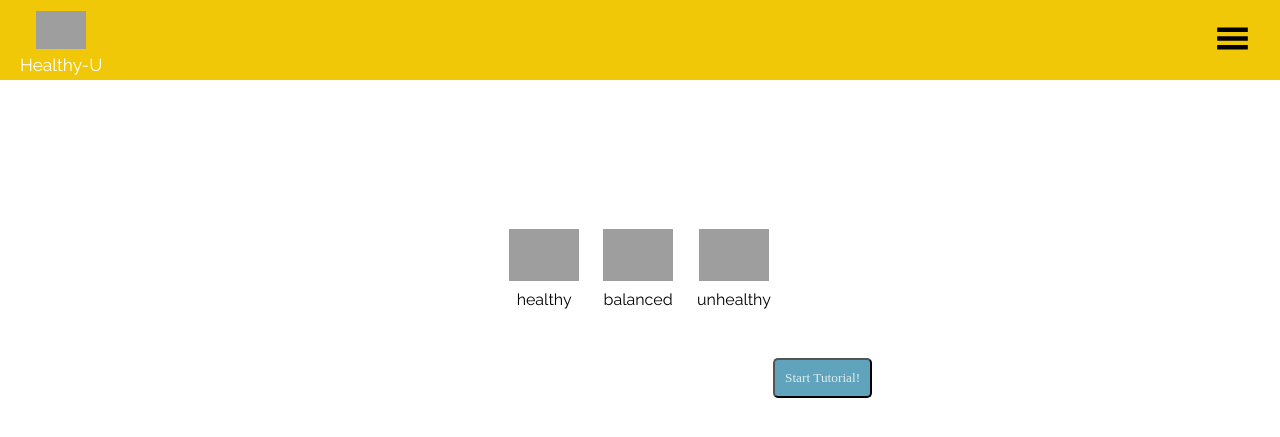
Repository: smashy09/healthy-share
Page: /InformationPage
The author's editor kept a copy of each file at every save. The page is drawn from the files as they stood at one save, then again after the next save.
The browser window is 1280 px wide. The pictures show the whole page.
Pictures or frames that could not be fetched are drawn as grey boxes. The project was rebuilt for these pictures with package versions that can differ from the ones it lists, and the page was loaded fresh each time. The framework's server and built-in components were replaced by stand-ins that run in the browser. Also part of the build but not shown: next.config.js.

Above is the page before, as saved 2020-05-14 23:48:38.

### pages/_app.js
// import App from 'next/app'
import './app.css';

function MyApp({ Component, pageProps }) {
    return <Component {...pageProps} />
  }

  // Only uncomment this method if you have blocking data requirements for
  // every single page in your application. This disables the ability to
  // perform automatic static optimization, causing every page in your app to
  // be server-side rendered.
  //
  // MyApp.getInitialProps = async (appContext) => {
  //   // calls page's `getInitialProps` and fills `appProps.pageProps`
  //   const appProps = await App.getInitialProps(appContext);
  //
  //   return { ...appProps }
  // }

  export default MyApp

### pages/_document.js
import Document, { Html, Head, Main, NextScript } from 'next/document'


class MyDocument extends Document {
  static async getInitialProps(ctx) {
    const initialProps = await Document.getInitialProps(ctx)
    return { ...initialProps }
  }

  render() {
    return (
      <Html>
        <Head />
        <body>
        <link href="https://fonts.googleapis.com/css2?family=Raleway&display=swap" rel="stylesheet"></link>
          <Main />
          <NextScript />
        </body>
      </Html>
    )
  }
}

export default MyDocument

### pages/InformationPage/index.js
import Router from 'next/router';
import React from 'react';
import './info.css';
import Header from '../../comps/Header';
import CustomText from '../../comps/CustomText';
import CustomButton from '../../comps/CustomButton';

//Info Page


function NextPage(){
    Router.push("/AnimationPage1");
}
//homePage
const healthyImg = require('./healthyicon.png');
const balancedImg = require('./balancedicon.png');
const unhealthyImg = require('./unhealthyicon.png');

const InformationPage = ({backgroundColor, healthytxt, balancedtxt, unhealthytxt, healthyImg, balancedImg, unhealthyImg}) => <div
style={{backgroundColor:backgroundColor}}

  id="All_info_page">
    <Header/>
    <CustomText fontSize={22}  text="Welcome to Healthy-U!"/>
    <CustomText fontSize={18}  text="Health-U goal is to help you be more aware of
your lifestyle by gathering information based on
your answers for the survey!"/>
 <CustomText fontSize={22} text="How to Use!"/>
 <CustomText fontSize={18} text="Whenever you're ready just click start survey.
There will be 3 questions
Pick the answer that represents you the closest."/>
  <div className="card_answers">
        <div className="options">
            <img src={healthyImg} />
            {healthytxt}
        </div>

        <div className="options">
           <img src={balancedImg} />
            {balancedtxt}
         </div>

        <div className="options">
           <img src={unhealthyImg} />
            {unhealthytxt}
        </div>
    </div>
<CustomText fontSize={18} text="After answering you will be given results
filled with info on how to become a better U! "/>
<div className="info_button">
<CustomButton className="R_button" text="Start Tutorial!" onClick={NextPage}/>
</div>
</div>

InformationPage.defaultProps = {
    place:"New Button",
    color:"#000",
    healthytxt:"healthy",
    balancedtxt:"balanced",
    unhealthytxt:"unhealthy",
    healthyImg:healthyImg,
    balancedImg:balancedImg,
    unhealthyImg:unhealthyImg,
}
export default InformationPage;

### pages/app.css
*{
    font-family: 'Raleway', sans-serif;
}

### pages/InformationPage/info.css


.All_info_page{
    text-align: center;

}
.All_info_page p{
 margin-bottom: 2px;
}

.card_answers{
    display: flex;
    justify-content: center;
    align-items: center;
}

.options{
    display: inline-flex;
    flex-direction: column;
    align-items: center;
    /* border: solid 1px gray; */
    border-radius: 25px;
    margin: 10px;
    padding: 2px;

}

.options img{
    width: 70px;
    height: 70px;
    object-fit: contain;
}

.info_button{
    position: absolute;
    left: 60%;
}

### comps/Header/index.js
import React from 'react';
import Link from 'next/link';
import './header.css'
import {GiHamburgerMenu} from 'react-icons/gi';


const logoImg = require('./logo.png');

const Header = ({ text, color, fontSize, text1, text2, text3,text4, lineHeight}) => <div>
    <div className="HeaderContainer">
        <div className="HeaderLogo" style={{color, fontSize}} > <Link href="/HomePage"><img src={logoImg}/></Link><div>{text}</div></div>
        <div className="HamburgerMenu" onClick={MenuToggle}><GiHamburgerMenu size="35" /></div>
        <div className="HamburgermenuContainer" style={{fontSize, lineHeight}}>
        <Link href="/InformationPage"><div className="HamburgerItem">{text4}</div></Link>
            <Link href="/AnimationPage1"><div className="HamburgerItem">{text1}</div></Link>
            <Link href="/Survey1"><div className="HamburgerItem">{text2}</div></Link>
            <Link href="/ResultPage"><div className="HamburgerItem">{text3}</div></Link>
        </div>
    </div>
</div>

Header.defaultProps = {
    text: "Healthy-U",
    color: "#fff",
    fontSize: "13pt",
    text1: "Tutorial",
    text2: "Survey",
    text3: "Result",
    text4: "Information",
    lineHeight: "2em"
}


var menuState = false;
function MenuToggle() {
    if (menuState === true) {
        document.querySelector(".HamburgermenuContainer").style.display = "none";
        menuState = false;

    } else {
        document.querySelector(".HamburgermenuContainer").style.display = "block";
        menuState = true;
    }
}

export default Header;

### comps/CustomText/index.js
import React from 'react';
import './text.css';


//text

const CustomText = () => <div className="custom_text_box">
<p className="custom_text"></p>
</div>

CustomText.defaultProps = {
    color:"#3A3D42",
    text:"Hello There!",
    fontSize:"10px"
}

export default CustomText;

### comps/CustomButton/index.js
import React from 'react';
import './button.css';

//madec the UI

const CustomButton = ({text, backgroundColor, color, onClick}) => <div className="custom_button_box">
<button className="custom_button" style={{backgroundColor:backgroundColor, color:color}} onClick={onClick} > {text} </button>
</div>

function ButtonClick() {
    alert("clicked")
}

CustomButton.defaultProps = {
    backgroundColor:"#60a3bc",
    color:"#DEEDEC",
    text:"Start Survey",
    onClick:ButtonClick
}
export default CustomButton;

### comps/Header/header.css
body, html{
    margin:0;
}

.HeaderContainer {
    width: 100%;
    height: 80px;
    background-color:#F0C808;
    display: inline-flex;
    align-items: center;
}

.HeaderLogo:hover {
    opacity: 0.7;
}

.HeaderLogo:hover {
    opacity: 0.7;
}

.HamburgerMenu {
    position: absolute;
    right: 30px;
}

.HamburgerMenu:hover{
    color: white;
}

.HeaderLogo {
    padding-left: 20px;
    display: inline-flex;
    flex-direction: column;
    align-items: center;
    justify-content: center;
}

.HeaderLogo img{
    width: 50px;
    height: 50px;
    object-fit: contain;

}

.HamburgermenuContainer {
    margin: 20px;
    width: 120px;
    background-color: #D9ECF0;
    border-radius: 7%;
    text-align: center;
    padding: 15px;
    position: absolute;
    right: 0;
    top: 35px;
    display: none;
    z-index: 1;
}

.HamburgermenuContainer:hover {
    opacity: 0.8;
}


.HamburgerItem:hover {
    color: rgb(214, 129, 157);
    cursor: pointer;
}

### comps/CustomText/text.css
.custom_text_box{
    font-family: 'Spectral', serif;
    display: flex;
    justify-content: center;
    }

### comps/CustomButton/button.css
.custom_button {
    display: flex;
    border-radius: 5px;
    padding: 10px;
    font-family: 'Spectral', serif;
    cursor: pointer;
    margin: 5px;
    box-shadow: pink 10px;
    }

After the next save:
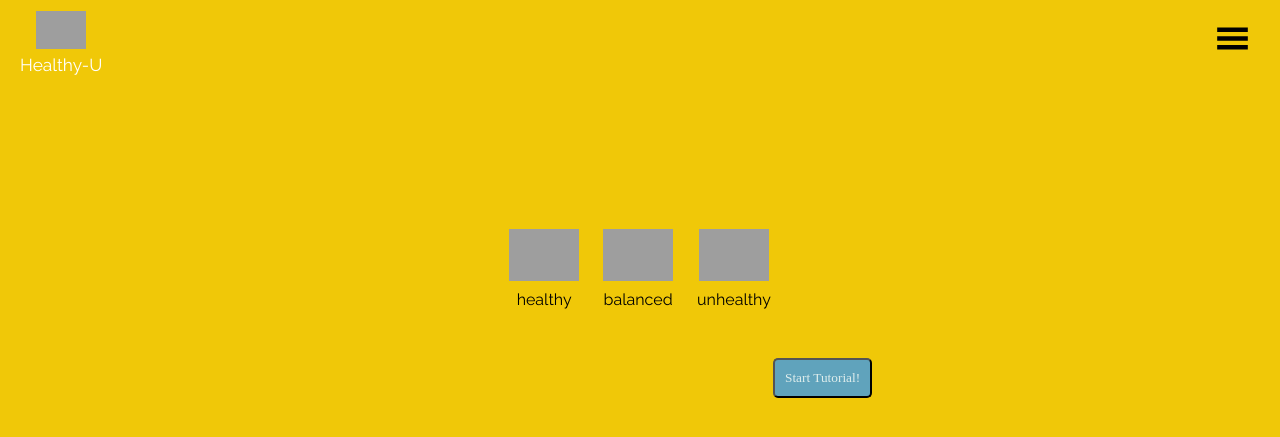
Saved 17 s later.
--- a/pages/InformationPage/info.css
+++ b/pages/InformationPage/info.css
@@ -1,4 +1,6 @@
-
+body {
+    background-color: #F0C808;
+}
 
 .All_info_page{
     text-align: center;
